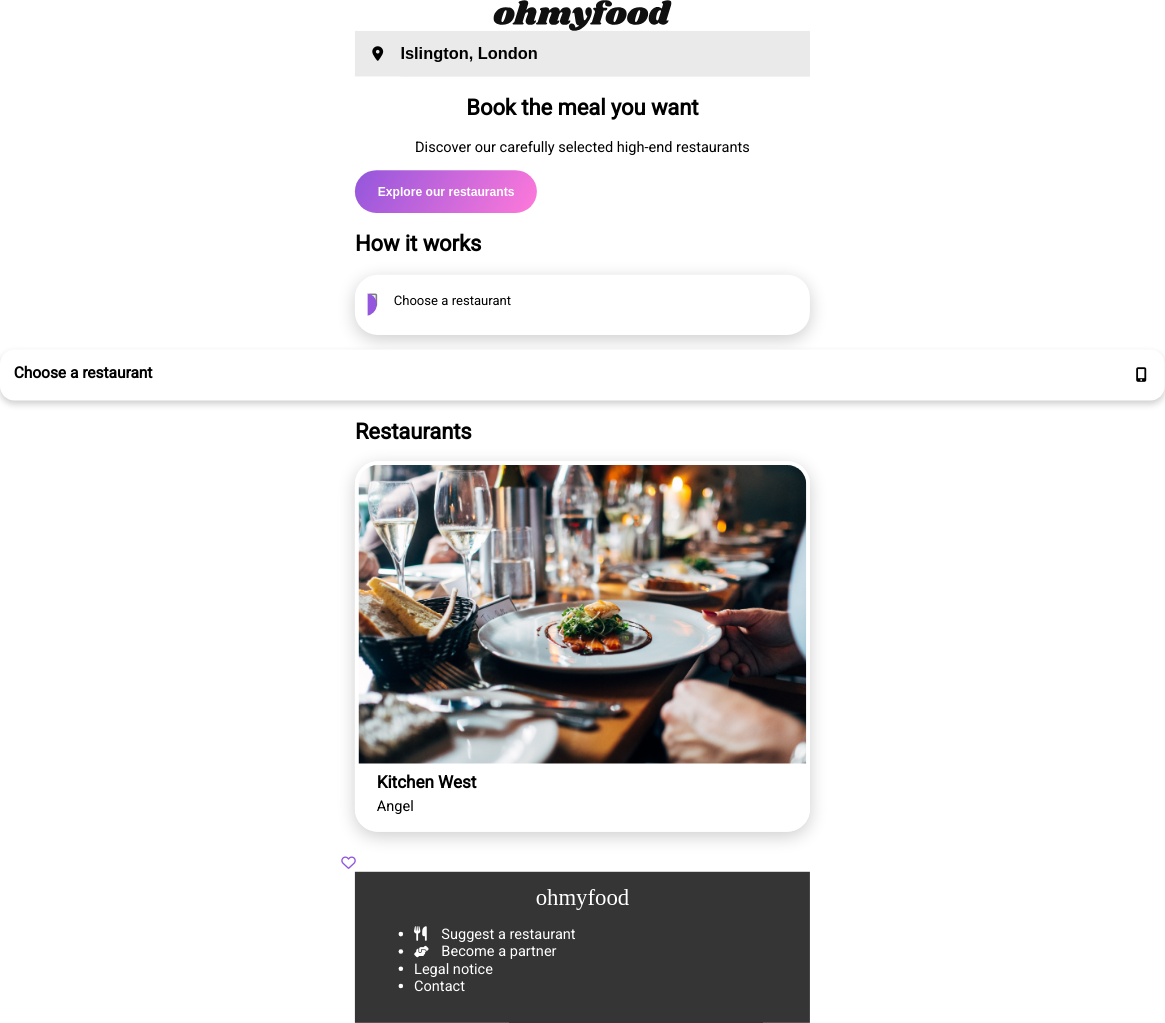
Repository: R1ptou/Project-3
Page: index.html
These files come from the project's save history. The page is drawn as it stood at one moment and after the next save; the edit follows.
The browser window is 1280 px wide. The pictures show the whole page, at 91% of full size.
The pointer rests on the first visible `.button-search`.
Some web fonts or font styles are not loaded; a fallback is used. The style sheet was rebuilt from its Sass, Less or Tailwind sources for each picture, by a compiler version that may differ from the author's.

Above is the page before, as saved 2024-03-24 21:44:32.

### index.html
<!DOCTYPE html>
<html lang="en">
<head>
    <meta charset="UTF-8">
    <meta name="viewport" content="width=device-width, initial-scale=1.0">
    <title>ohmyfood</title>
    <link rel="preconnect" href="https://fonts.googleapis.com">
    <link rel="preconnect" href="https://fonts.googleapis.com">
    <link rel="preconnect" href="https://fonts.gstatic.com" crossorigin>
    <link href="https://fonts.googleapis.com/css2?family=Roboto&family=Shrikhand&display=swap" rel="stylesheet">
    <link rel="stylesheet" href="https://cdnjs.cloudflare.com/ajax/libs/font-awesome/6.2.1/css/all.min.css"
        integrity="sha512-MV7K8+y+gLIBoVD59lQIYicR65iaqukzvf/nwasF0nqhPay5w/9lJmVM2hMDcnK1OnMGCdVK+iQrJ7lzPJQd1w=="
        crossorigin="anonymous" referrerpolicy="no-referrer">
    <link rel="stylesheet" href="./css/style.css">
</head>
<body>
<!-- Nav -->
    <div class="container">
        <div class="logo"> <!-- Logo -->
            <img  src="./Images%20and%20text%20Ohmyfood/images/logo/ohmyfood@2x.svg" alt="ohmyfood logo" >
        </div>
            <form class="search-bar"> <!-- Search bar -->
                <div class="icon-search"><i class="text-black fa-solid fa-location-dot"></i></div>
                <input class="input-search" value="Islington, London" type="text">
            </form>
        <div> <!-- Headline -->
            <h2 class="headline"><strong>Book the meal you want</strong></h2>
            <p class="headline">Discover our carefully selected high-end restaurants</p>
        </div>
            <button type="submit" class="button-search">Explore our restaurants</button> <!-- Submit button -->
    </div>

<!-- How it works -->
    <main>
        <section class="container">
            <h2>How it works</h2>
            <ol class="list-group numbered card card-rest">
                <li class="list-item">
                    <span class="icon-pic fa-solid fa-mobile-screen-button"></span>
                    <span class="card-text">Choose a restaurant</span>
                </li>
            </ol>
        </section>

        <div class="menu-item menu-item-1">
            <div class="menu-item__body">
                <h4 class="menu-item__heading">Choose a restaurant</h4>

            </div>
            <div class="fa-solid fa-mobile-screen-button menu-item__price "></div>
            <div class="menu-item__checkmark">
                <i class="fas fa-check-circle fa-lg menu-item__checkmark-icon"></i>
            </div>
        </div>

<!-- Restaurants -->
        <section class="container">
            <h2>Restaurants</h2>

            <a href="#" class="card-rest">
                <img class="card-img" src="./Images%20and%20text%20Ohmyfood/images/restaurants/jay-wennington-N_Y88TWmGwA-unsplash.jpg" alt="">
                      <div class="card-content">
                        <h3 class="card-title">Kitchen West</h3>
                        <p class="card-subtitle">Angel</p>
                      </div>
            </a>
            <div class="heart">
                <span class="fa-solid fa-heart heart-icon heart-full"></span>
                <span class="fa-regular fa-heart heart-icon heart-empty"></span>

            </div>

        </section>

<!-- Header -->
<!-- Footer -->
<footer class="footer container">
    <div class="logo"> <!-- Logo -->
        <a href class="#top footer-logo" title="Back to top of the page" alt="Back to top of the page">ohmyfood</a>
     </div>
     <ul class="list">
        <li><a href="#"><span class="fa-solid fa-utensils footer-ico"></span>Suggest a restaurant</a></li>
        <li><a href="#"><i class="fa-solid fa-handshake-angle footer-ico ico-resize"></i>Become a partner</a></li>
        <li><a href="#">Legal notice</a></li>
        <li><a href="mailto:project3@ohmyfood.com" title="Email Us" alt="Email Us">Contact</a></li>
      </ul>
  </footer>
    </main>
</body>
</html>

### scss/style.scss
/****** General ***********/

@import "variables";
@import "base";
@import "list-group";
@import "card";
@import "button";

.container {
    max-width: 500px;
    margin: auto;
}


/****** Nav ***********/

/****** Logo ***********/

.logo {
    display: flex;
    justify-content: center;
}
/****** Search bar ***********/

.search-bar {
    display: flex;
    justify-content: center;
    background-color: $septenary-color;
}

.icon-search {
    display: flex;
    justify-content: center;
    align-items: center;
    width: 50px;
    height: 50px;
    flex-shrink: 0;
}

.input-search {
    display: flex;
    border-width: 0;
    border-style: none;
    width: 100%;
    padding: 0;
    font-weight: bold;
    font-size: 18px;
    background-color: $septenary-color;
    caret-color: $tertiary-color;
}
.input-search:focus {
    outline: none;
}

/****** Headline ***********/
.headline {
    display: flex;
    justify-content: center;
}

/****** How it works ***********/

ol {
    counter-reset: section;
}

li::before {
    counter-increment: section;
}

.numbered {
    clear: both;
    list-style: none;
    padding-left: 2%;
  }

.numbered li {
    margin: 0;
    padding-top: 0;
    display: block;
    position: relative;
    counter-increment: inst;
    overflow: hidden;
}

.numbered li::before {
    content: counter(inst);
    position: absolute;
    margin: 0 0 0 -15px;
    background: $primary-color;
    border-radius: 50%;
    border: none;
    font-size: 0.85rem;
    color: #fff;
    text-align: center;
    width: 15px;
    height: 15px;
    padding: 5px;
    flex-shrink: 0;
}
.icon-pic {
    display: relative;
    background: none;
    color: $quinary-color;
    width: 25px;
    height: 25px;
    padding: 0;
    flex-shrink: 0;
}

.icon-pic:hover {
    color: $primary-color;
}

.menu-item {
	background: white;
	border-radius: 16px;
	box-shadow: 0 4px 8px 0 rgba(0,0,0,0.2);
	position: relative;
	overflow: hidden;
	cursor: pointer;
	display: flex;

	.menu-item__price {
		display: flex;
		align-items: center;
		padding: 20px;
	}

	&:hover {
		.menu-item__checkmark {
			width: 75px;
		}
		.menu-item__checkmark-icon {
			-webkit-transform: rotate(0deg);
			transform: rotate(0deg);
		}
	}

	.menu-item__body {
		width: 100%;
		padding: 15px;
		overflow: hidden;
		display: flex;
		flex-direction: column;

		.menu-item__content, .menu-item__heading {
			margin: 0;
			font-size: 15px;
			text-overflow: ellipsis;
			overflow: hidden;
			white-space: nowrap;
		}

		.menu-item__heading{
			font-size: 17px;
		}
	}

	.menu-item__checkmark {
		width: 0;
        overflow: hidden;
		background: $senary-color;
		transition: width 1s;
		right: 0;
		top: 0;
		bottom: 0;
		flex-shrink: 0;
		display: flex;
		justify-content: center;
		align-items: center;
	}

	.menu-item__checkmark-icon {
		transform: rotate(-360deg);
		transition: transform 1s;
		color: $primary-color;;
	}
}


/****** Restaurants ***********/

.heart {
    position: relative;
    display:inline-block;
    height: 24px;
    width: 24px;
    top: 10px;
    right: 15px;
}

.heart-icon {
    position: absolute;
    display: inline-block;
    height: 24px;
    width: 24px;
    color: $primary-color;
}

.heart-empty {
    transition: opacity 1s;
    opacity: 1;
}

.heart-full {
    transition: opacity 1s;
    opacity: 0;
    background-image: $gradient;
    background-clip: text;
    -webkit-background-clip: text;
    color: transparent;
}

.heart:hover .heart-full {
    opacity: 1;
}

.heart:hover .heart-empty {
    opacity: 0;
}

/****** Starters ***********/


/****** Mains ***********/


/****** Deserts ***********/


/****** Button ***********/

.btn {
    background-color: $primary-color;
}

/****** Label ***********/


/****** Icon ***********/


/****** Footer ***********/

.footer {
    background-color: $octonary-color;
    color: #fff;
    padding: 15px 25px;
}

.footer-logo {
    color: #fff;
    font-family: $primary-serif;
    font-size: 25px;
    margin: 0;
}

.footer a {
    color: #fff;
}

.footer-ico {
    width: 30px;
}

.ico-resize {
    font-size: 13px;
}

### scss/_variables.scss
    $primary-color: #9356DC; // button, badge, icon hover
    $secondary-color: #FF79DA; // button gradient
    $tertiary-color: #99E2D0; // element hue
    $quaternary-color: #008766; // badge font
    $quinary-color: #7E7E7E; // icons
    $senary-color: #F6F6F6; // background hue (off-white)
    $septenary-color: #EAEAEA; // form field background
    $octonary-color: #353535; // footer background

    $gradient: linear-gradient(-10deg, #9356DC, #FF79DA);
    $gradient-hover: linear-gradient(120deg, #9356DC, #FF79DA);

    $primary-sans-serif: "Roboto", sans-serif;
    $primary-serif: "Shrikhand", serif;

### scss/_base.scss
body {
    margin: 0;
    padding: 0;
    color: #000;
    font-family: $primary-sans-serif;
    }

::selection {
    color: #000;
    background: $tertiary-color;
    }

a {
    text-decoration: none;
    }

a, a:visited {
    color: inherit;
    }

a:hover, a:focus {
    color: $tertiary-color;
}

* {
    box-sizing: border-box;
    -moz-box-sizing: border-box;
    -webkit-box-sizing: border-box;
    }

*:focus {
    outline: $tertiary-color solid 2px;
}

*:visited {}

html {
    scroll-behavior: smooth;
  }

a[title]:hover::after {
    opacity: 1;
    transition: all 0.1s ease 0.3s;
    visibility: visible;
}

a[title]:after {
    content: attr(title);
    color: $tertiary-color;
    position: absolute;
    top: 10px;
    left: 105%;
    z-index: 100;
    white-space: nowrap;
    border: solid 1px;
    padding: 5px;
    font-family: $primary-sans-serif;
    font-size: 0.7rem;
    opacity: 0;
    visibility: hidden;
}
[title] {
    position: relative;
}

### scss/_list-group.scss
// .numbered {
//     list-style-type: none;
//     counter-reset: section;
// }

.list-group {
    list-style-type: none;
    padding: 0;
    display: flex;
    flex-direction: column;
    justify-content: space-between;
    align-items: start;
}
.list-item {
    display: flex;
    justify-content: space-between;
    align-items: flex-start;
    position: relative;
    box-sizing: border-box;
    list-style-type: none;
    text-decoration: none;
}

### scss/_card.scss
.card-group {
    display: flex;
    flex-wrap: wrap;
    padding: 16px 25px;
}

.card {
    display: flex;
    flex-direction: row;
    padding: 16px 25px;
    background: #fff;
    border-radius: 25px;
    box-shadow: 1px 3px 6px 0px rgba(0, 0, 255, .2);
    font: 0.9rem "Roboto", sans-serif;
    color: #000;
}

/****** Restaurants ***********/



.card-rest {
    margin-bottom: 1rem;
    display: flex;
    flex-direction: column;
    background-color: var(#F6F6F6);
    box-shadow: 0 5px 20px rgba(0,0,0,0.2);
    border-radius: 25px;
    overflow: hidden;
    border: 4px solid #fff;
}

.card-img {
    object-fit: cover;
    width: 100%;
}

.card-content {
    padding: 10px 20px;
}

.card-title {
    margin: 0;
}

.card-subtitle {
    margin: 5px 0;
}

### scss/_button.scss
/****** Submit button ***********/


.button-search{
    padding: 16px 25px;
    color: #fff;
    font-weight: bold;
    background: $gradient;
    border-radius: 25px;
    border: none;
    justify-content: center;
    //transition: all 0.5s ease-out;
}

.button-search:hover,
.button-search:focus {
    background: $gradient-hover;
    outline: none;
    cursor: pointer;
    content:"";
    left: 120%;
}

After the next save:
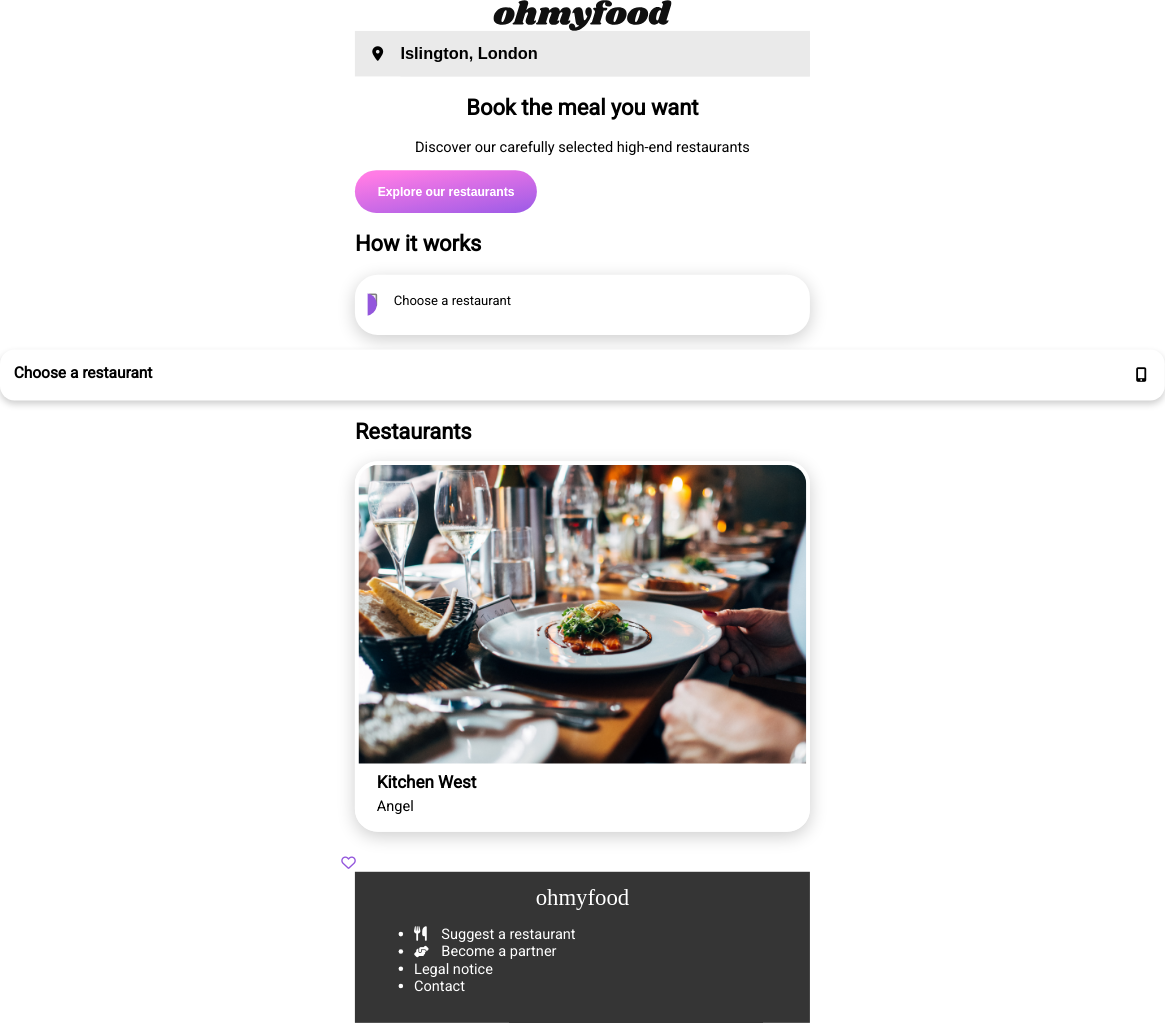
Saved 12 h 35 min later.
--- a/scss/_button.scss
+++ b/scss/_button.scss
@@ -14,9 +14,5 @@
 
 .button-search:hover,
 .button-search:focus {
-    background: $gradient-hover;
-    outline: none;
-    cursor: pointer;
-    content:"";
-    left: 120%;
+    filter: brightness(105%);
 }
